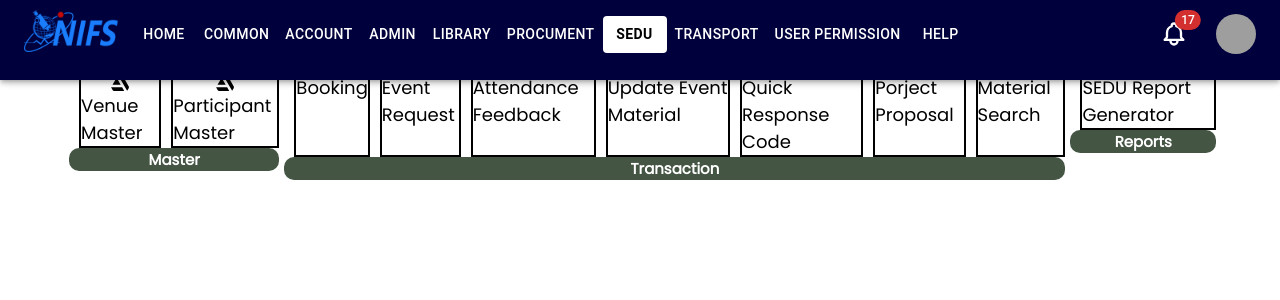
Repository: virangaj/NIFS-WebApp
Page: /sedu (app in client/)
These files come from the project's save history. The page is drawn as it stood at one moment and after the next save; the edit follows.
The browser window is 1280 px wide. The pictures show the whole page.
Pictures or frames that could not be fetched are drawn as grey boxes. The project was rebuilt for these pictures with package versions that can differ from the ones it lists, and the page was loaded fresh each time. Also part of the build but not shown: client/src/pages/Login.tsx, client/src/pages/Home.tsx, client/src/components/Transport/shared/TransportNavbar.js, client/src/pages/TransportMainPage.tsx, client/src/pages/CommonMainPage.tsx, client/src/pages/AccountMainPage.tsx, client/src/pages/AdminMainPage.tsx, client/src/pages/LibraryMainPage.js and 4 more.

Above is the page before, as saved 2022-07-27 00:51:15.

### client/public/index.html
<!DOCTYPE html>
<html lang="en">
	<head>
		<meta charset="utf-8" />
		<link rel="icon" href="nifs_logo.png" />
		<meta name="viewport" content="width=device-width, initial-scale=1" />
		<meta name="theme-color" content="#000000" />
		<meta
			name="description"
			content="Web site created using create-react-app"
		/>
		<link rel="apple-touch-icon" href="%PUBLIC_URL%/logo192.png" />
		<!--
      manifest.json provides metadata used when your web app is installed on a
      user's mobile device or desktop. See https://developers.google.com/web/fundamentals/web-app-manifest/
    -->
		<link rel="manifest" href="%PUBLIC_URL%/manifest.json" />
		<!--
      Notice the use of %PUBLIC_URL% in the tags above.
      It will be replaced with the URL of the `public` folder during the build.
      Only files inside the `public` folder can be referenced from the HTML.

      Unlike "/favicon.ico" or "favicon.ico", "%PUBLIC_URL%/favicon.ico" will
      work correctly both with client-side routing and a non-root public URL.
      Learn how to configure a non-root public URL by running `npm run build`.
    -->
		<link
			href="https://fonts.googleapis.com/css?family=Poppins"
			rel="stylesheet"
		/>
		<title>NIFS Dashboard</title>
	</head>
	<body>
		<noscript>You need to enable JavaScript to run this app.</noscript>
		<div id="root"></div>
		<!--
      This HTML file is a template.
      If you open it directly in the browser, you will see an empty page.

      You can add webfonts, meta tags, or analytics to this file.
      The build step will place the bundled scripts into the <body> tag.

      To begin the development, run `npm start` or `yarn start`.
      To create a production bundle, use `npm run build` or `yarn build`.
    -->
	</body>
</html>

### client/src/index.css
* {
  margin: 0;
}

body {
  font-family: 'Poppins';
  -webkit-font-smoothing: antialiased;
  -moz-osx-font-smoothing: grayscale;
}

:root {
  --main-navbar-back: #00003c;
  --nav-title-section-back: #454;
  --white: #fff;
  --black: #000
}


.nav-logo {
  width: 100px;
  height: auto;
}

/* main navbar */
.main-navbar {
  background-color: var(--main-navbar-back) !important;
  width: 100% !important;
  height: 80px !important;

}



/* secondary navbar */
.secondary-navbar {
  margin-top: 10vh !important;
  margin: auto;
}

.nav-flex-section {
  display: flex;
  justify-content: center;
}

.nav-flex-inside {
  margin-left: 5px;
  margin-left: 5px;
}

.nav-title {
  font-size: 15px;
  text-align: center;
  color: var(--white);
  font-weight: 600;

}

.nav-title-section {
  border-radius: 10px;
  background-color: var(--nav-title-section-back);
}

.nav-link {
  display: flex;
  flex-direction: column;
  align-items: center;
  font-size: 18px;
  margin-left: 10px;
  margin-left: 10px;
  border: 2px solid #000;
}

/* body content */
.body-content {
  margin: auto;
  width: 90%;
  margin-top: 10vh;

}

.sub-body-content {
  margin: auto;
  width: 90%;
  margin-top: 3vh;
}

### client/src/App.tsx
import React, { useEffect } from 'react';
import Navbar from './components/shared/Navbar';
import Login from './pages/Login'
import { BrowserRouter as Router, Route, Routes } from 'react-router-dom'
import Home from './pages/Home';
import TransportMainPage from './pages/TransportMainPage';
import CommonMainPage from './pages/CommonMainPage';
import AccountMainPage from './pages/AccountMainPage';
import AdminMainPage from './pages/AdminMainPage';
import LibraryMainPage from './pages/LibraryMainPage';
import ProcumentMainPage from './pages/ProcumentMainPage';
import SeduMainPage from './pages/SeduMainPage';
import UserPermissionMainPage from './pages/UserPermissionMainPage';
import NotificationMainPage from './pages/NotificationMainPage';
import HelpMainPage from './pages/HelpMainPage';

function App() {


  return (
    <Router>
      <Navbar />
      <Routes>

        <Route path="/login" element={<Login />} />
        <Route path="/" element={<Home />} />
        <Route path="/common/*" element={<CommonMainPage />} />
        <Route path="/account/*" element={<AccountMainPage />} />
        <Route path="/admin/*" element={<AdminMainPage />} />
        <Route path="/library/*" element={<LibraryMainPage />} />
        <Route path="/procument/*" element={<ProcumentMainPage />} />
        <Route path="/sedu/*" element={<SeduMainPage />} />
        <Route path="/transport/*" element={<TransportMainPage />} />
        <Route
          path="/user-permission/*"
          element={<UserPermissionMainPage />}
        />
        <Route
          path="/notification/*"
          element={<NotificationMainPage />}
        />
        <Route path="/help/*" element={<HelpMainPage />} />
      </Routes>


    </Router>
  );
}

export default App;

### client/src/components/shared/Navbar.tsx
import * as React from 'react';
import AppBar from '@mui/material/AppBar';
import Box from '@mui/material/Box';
import Toolbar from '@mui/material/Toolbar';
import IconButton from '@mui/material/IconButton';
import Typography from '@mui/material/Typography';
import Menu from '@mui/material/Menu';
import Container from '@mui/material/Container';
import Avatar from '@mui/material/Avatar';
import Button from '@mui/material/Button';
import Tooltip from '@mui/material/Tooltip';
import MenuItem from '@mui/material/MenuItem';
import { HiMenuAlt2, HiOutlineBell } from "react-icons/hi";
import Badge from '@mui/material/Badge';
import Logo from '../../images/nifs_logo.png'
import { Link, useLocation } from 'react-router-dom';
const pages = [
    {
        id: 0,
        title: 'Home',
        link: '/',
    },
    {
        id: 1,
        title: 'Common',
        link: '/common',
    },
    {
        id: 2,
        title: 'Account',
        link: '/account',
    },
    {
        id: 3,
        title: 'Admin',
        link: '/admin',
    },
    {
        id: 4,
        title: 'Library',
        link: '/library',
    },
    {
        id: 5,
        title: 'Procument',
        link: '/procument',
    },
    {
        id: 6,
        title: 'SEDU',
        link: '/sedu',
    },
    {
        id: 7,
        title: 'Transport',
        link: '/transport',
    },
    {
        id: 8,
        title: 'User Permission',
        link: '/user-permission',
    },
    // {
    //     id: 9,
    //     title: 'Notification',
    //     link: '/notification',
    // },
    {
        id: 10,
        title: 'Help',
        link: '/help',
    },
];
const settings = [
    {
        id: 0,
        title: 'Login',
        link: '/login',
    },
];
const Navbar = () => {

    const location: any = useLocation();
    console.log(location.pathname.split('/')[1])


    const [anchorElNav, setAnchorElNav] = React.useState<null | HTMLElement>(null);
    const [anchorElUser, setAnchorElUser] = React.useState<null | HTMLElement>(null);

    const handleOpenNavMenu = (event: React.MouseEvent<HTMLElement>) => {
        setAnchorElNav(event.currentTarget);
    };
    const handleOpenUserMenu = (event: React.MouseEvent<HTMLElement>) => {
        setAnchorElUser(event.currentTarget);
    };

    const handleCloseNavMenu = () => {
        setAnchorElNav(null);
    };

    const handleCloseUserMenu = () => {
        setAnchorElUser(null);
    };

    return (
        <AppBar position="fixed" className="main-navbar">
            <Container maxWidth="xl">
                <Toolbar disableGutters>
                    {/*Responsive view start here  */}
                    <Box sx={{ display: { xs: 'none', md: 'flex' }, mr: 1 }}>
                        <Link to='/'>
                            <img src={Logo} alt="logo" className="nav-logo" />
                        </Link>
                    </Box>


                    <Box sx={{ flexGrow: 1, display: { xs: 'flex', md: 'none' } }}>
                        <IconButton
                            size="large"
                            aria-label="account of current user"
                            aria-controls="menu-appbar"
                            aria-haspopup="true"
                            onClick={handleOpenNavMenu}
                            color="inherit"
                        >
                            <HiMenuAlt2 />
                        </IconButton>
                        <Menu
                            id="menu-appbar"
                            anchorEl={anchorElNav}
                            anchorOrigin={{
                                vertical: 'bottom',
                                horizontal: 'left',
                            }}
                            keepMounted
                            transformOrigin={{
                                vertical: 'top',
                                horizontal: 'left',
                            }}
                            open={Boolean(anchorElNav)}
                            onClose={handleCloseNavMenu}
                            sx={{
                                display: { xs: 'block', md: 'none' },
                            }}
                        >
                            {pages && pages.map((page) => (
                                location.pathname.split('/')[1] === page.link.split('/')[1] ?
                                    <Link to={page.link} style={{ textDecoration: 'none' }} >
                                        <Button
                                            key={page.id}
                                            onClick={handleCloseNavMenu}
                                            sx={{ my: 2, color: 'white', display: 'block' }}
                                            style={{ backgroundColor: '#000', color: '#fff', fontWeight: 700 }}
                                        >
                                            {page.title}
                                        </Button>
                                    </Link>
                                    :
                                    <Link to={page.link} style={{ textDecoration: 'none' }} >
                                        <Button
                                            key={page.id}
                                            onClick={handleCloseNavMenu}
                                            sx={{ my: 2, color: 'white', display: 'block' }}
                                            style={{ backgroundColor: '#fff', color: '#000' }}
                                        >
                                            {page.title}
                                        </Button>
                                    </Link>
                            ))}
                        </Menu>
                    </Box>
                    {/* Responsive view ends here */}

                    {/* Full width starts here */}
                    <Box
                        sx={{
                            mr: 2,
                            display: { xs: 'flex', md: 'none' },
                            flexGrow: 1,
                        }}
                    >
                        <Link to='/'>
                            <img src={Logo} alt="logo" className="nav-logo" />
                        </Link>
                    </Box>

                    <Box sx={{ flexGrow: 1, display: { xs: 'none', md: 'flex' } }}>
                        {pages.map((page) => (
                            location.pathname.split('/')[1] === page.link.split('/')[1] ?
                                <Link to={page.link} style={{ textDecoration: 'none' }} >
                                    <Button
                                        key={page.id}
                                        onClick={handleCloseNavMenu}
                                        sx={{ my: 2, color: 'white', display: 'block' }}
                                        style={{ backgroundColor: '#fff', color: '#000', fontWeight: 700 }}


                                    >
                                        {page.title}
                                    </Button>
                                </Link>
                                :
                                <Link to={page.link} style={{ textDecoration: 'none' }} >
                                    <Button
                                        key={page.id}
                                        onClick={handleCloseNavMenu}
                                        sx={{ my: 2, color: 'white', display: 'block' }}

                                    >
                                        {page.title}
                                    </Button>
                                </Link>
                        ))}
                    </Box>
                    <IconButton
                        size="large"
                        aria-label="show 17 new notifications"
                        color="inherit"
                        sx={{ mr: 2 }}
                    >
                        <Badge badgeContent={17} color="error">
                            <HiOutlineBell />
                        </Badge>
                    </IconButton>
                    <Box sx={{ flexGrow: 0 }}>
                        <Tooltip title="Open settings">
                            <IconButton onClick={handleOpenUserMenu} sx={{ p: 0 }}>
                                <Avatar alt="Remy Sharp" src="/static/images/avatar/2.jpg" />
                            </IconButton>
                        </Tooltip>
                        <Menu
                            sx={{ mt: '45px' }}
                            id="menu-appbar"
                            anchorEl={anchorElUser}
                            anchorOrigin={{
                                vertical: 'top',
                                horizontal: 'right',
                            }}
                            keepMounted
                            transformOrigin={{
                                vertical: 'top',
                                horizontal: 'right',
                            }}
                            open={Boolean(anchorElUser)}
                            onClose={handleCloseUserMenu}
                        >
                            {settings && settings.map((setting) => (
                                <MenuItem key={setting.id} onClick={handleCloseUserMenu}>
                                    <Typography textAlign="center">{setting.title}</Typography>
                                </MenuItem>
                            ))}
                        </Menu>
                    </Box>
                </Toolbar>
            </Container>
        </AppBar>
    );
};
export default Navbar;

### client/src/pages/SeduMainPage.tsx
import React from 'react';
import { Route, Routes } from 'react-router-dom';
import SeduSecondaryNavbar from '../components/sedu/SeduSecondaryNavbar';
import SecondaryNavbar from '../components/shared/SecondaryNavbar';


// sedu main page where all other section of sedu department can be access from here
function SeduMainPage() {

	return <div>
		<SeduSecondaryNavbar />
		<div className="sub-body-content">
			<Routes>
				{/* <Route path="/" element={<NewRequest />} />
					<Route path="/recommend" element={<RecommendedRequest />} />
					<Route path="/approve" element={<ApproveRequest />} /> */}
			</Routes>
		</div>
	</div>;
}

export default SeduMainPage;

### client/src/components/sedu/SeduSecondaryNavbar.tsx
import { Box } from '@mui/material'
import React from 'react'

import { FaArtstation, FaApple, FaAppStoreIos } from "react-icons/fa";
function SeduSecondaryNavbar() {

    return (
        <Box sx={{ width: '90%' }} className="secondary-navbar nav-flex-section">

            {/* master section */}
            <div className='nav-flex-inside'>
                <div className='nav-flex-section'>
                    <p className='nav-link'><FaArtstation /> Venue Master</p>
                    <p className='nav-link'><FaArtstation /> Participant Master</p>
                </div>
                <div className='nav-title-section'>
                    <p className='nav-title'>Master</p>
                </div>
            </div>

            {/* transaction section */}
            <div className='nav-flex-inside'>
                <div className='nav-flex-section'>
                    <p className='nav-link'>Booking</p>
                    <p className='nav-link'>Event Request</p>
                    <p className='nav-link'>Attendance Feedback</p>
                    <p className='nav-link'>Update Event Material</p>
                    <p className='nav-link'>Quick Response Code</p>
                    <p className='nav-link'>Porject Proposal</p>
                    <p className='nav-link'>Material Search</p>
                </div>
                <div className='nav-title-section'>
                    <p className='nav-title'>Transaction</p>
                </div>
            </div>
            {/* reposrts section */}
            <div className='nav-flex-inside'>
                <div className='nav-flex-section'>
                    <p className='nav-link'>SEDU Report Generator</p>
                </div>
                <div className='nav-title-section'>
                    <p className='nav-title'>Reports</p>
                </div>
            </div>
        </Box>
    )
}

export default SeduSecondaryNavbar

Loaded but not shown: client/src/index.tsx (common file); client/src/reportWebVitals.ts (common file)

After the next save:
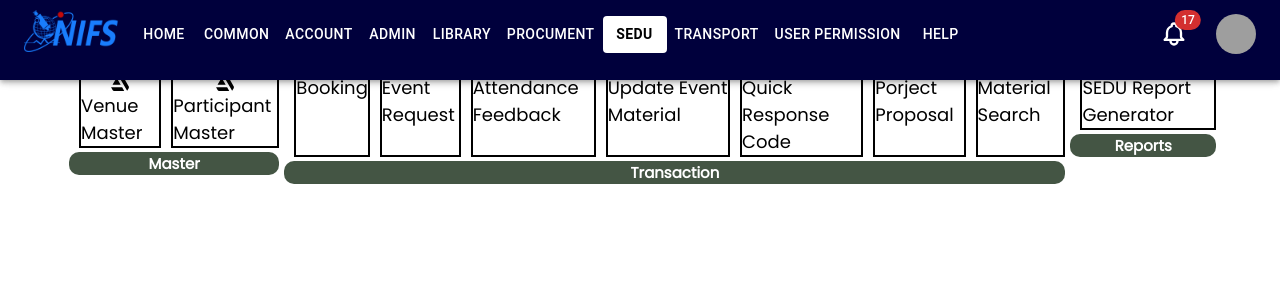
Saved 11 s later.
--- a/client/src/index.css
+++ b/client/src/index.css
@@ -68,6 +68,7 @@ body {
   margin-left: 10px;
   margin-left: 10px;
   border: 2px solid #000;
+  margin-bottom: 4px;
 }
 
 /* body content */
